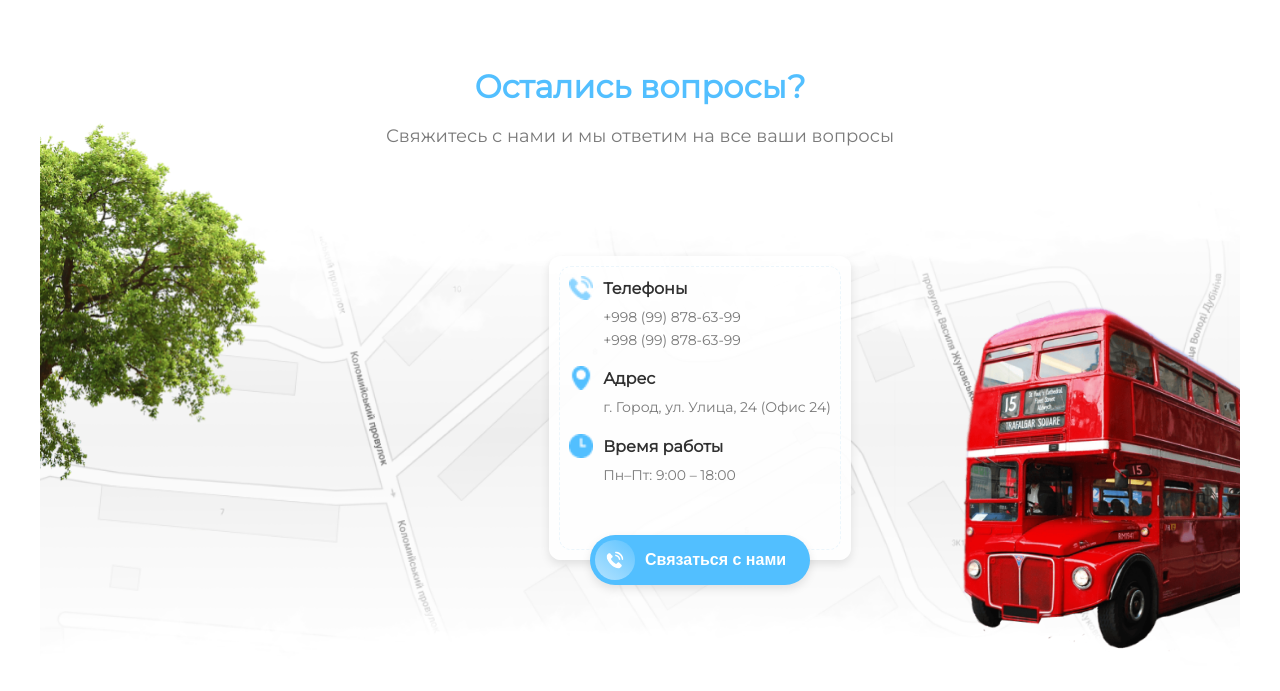
Repository: olyakorzh/Team-project-1
Page: assets/pages/students.html
These files come from the project's save history. The page is drawn as it stood at one moment and after the next save; the edit follows.
The browser window is 1280 px wide. The pictures show the part of the page from y = 1720 to 2436 px (the page is 2411 px tall before and 2436 px after).
A picture or video elsewhere on the page could not be fetched, so the positions and the page height are approximate.

Above is the page before, as saved 2024-12-07 10:32:22.

After the next save:
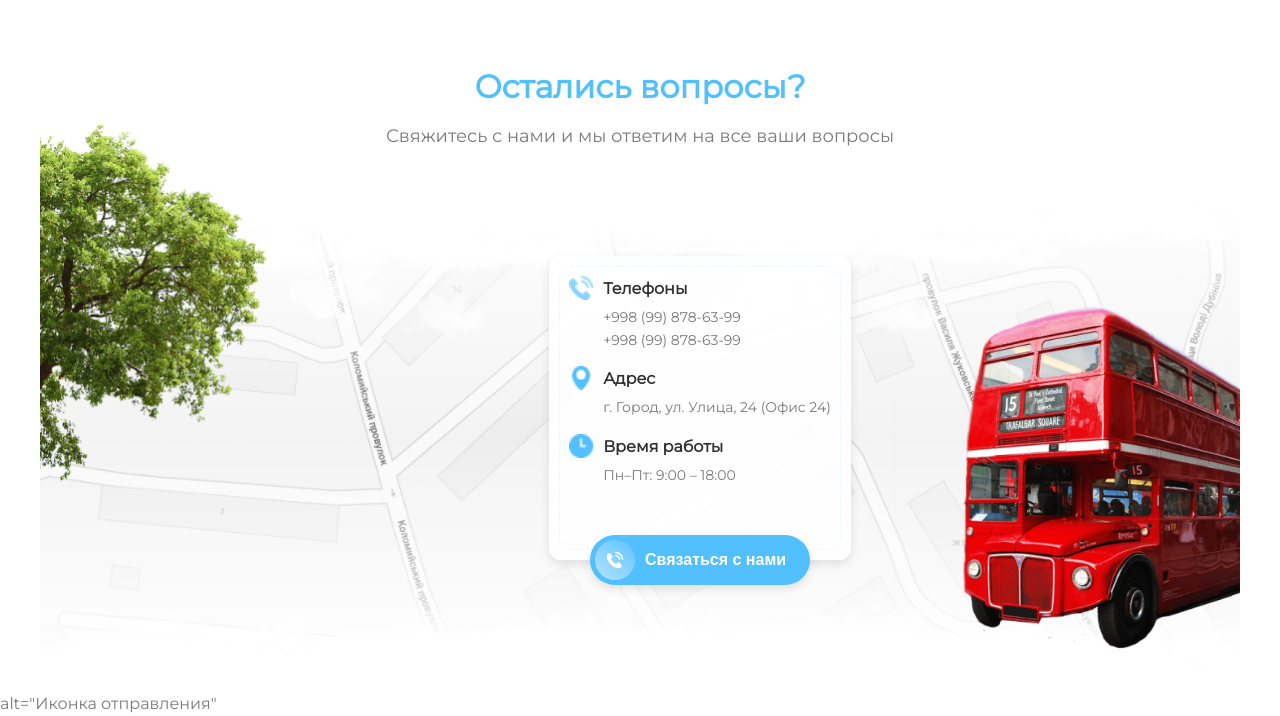
Saved 5 s later.
--- a/assets/pages/students.html
+++ b/assets/pages/students.html
@@ -274,6 +274,7 @@
           </div>
         </section>
         </main>
+        alt="Иконка отправления"
 
 </body>
 </html>
